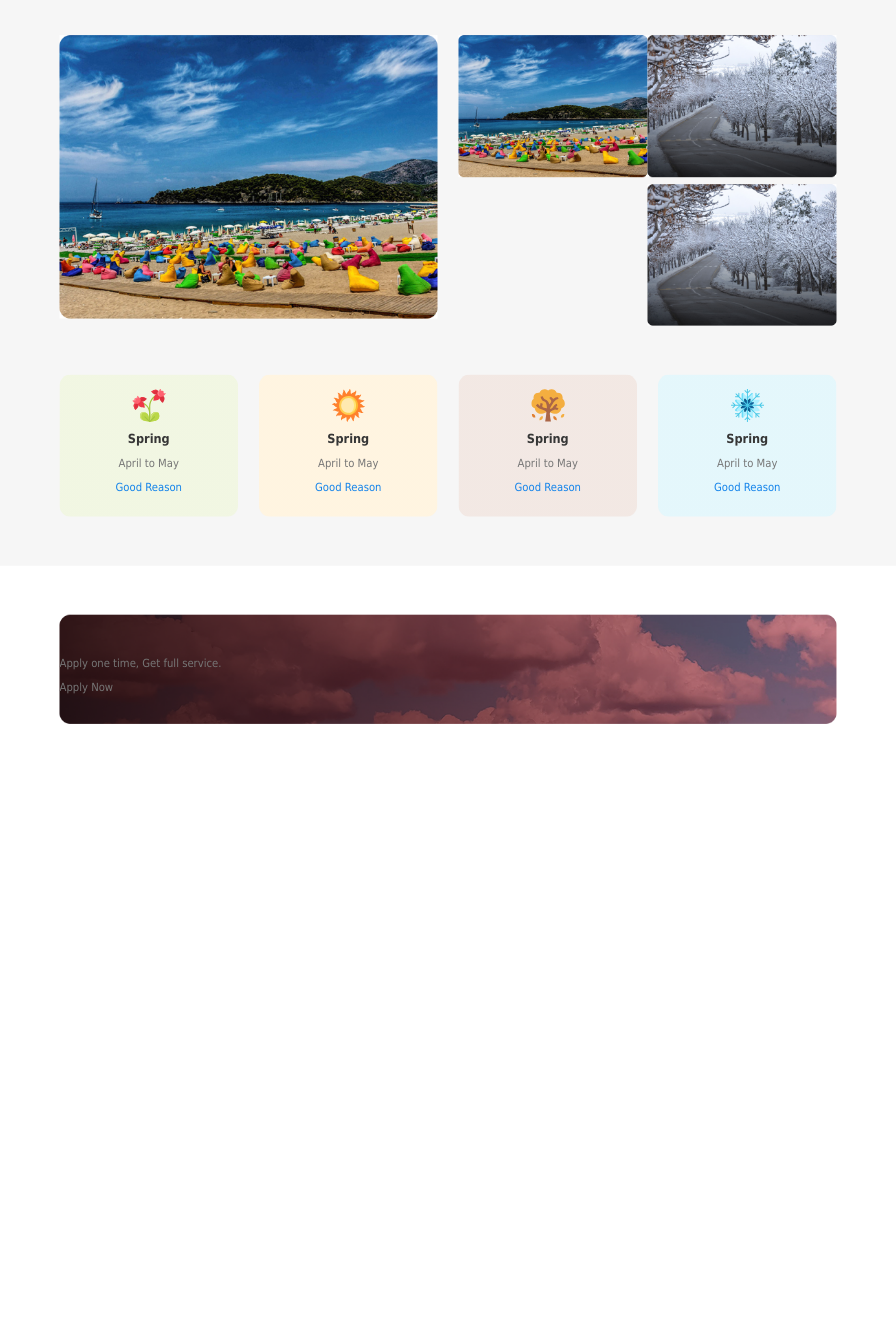
Repository: cvminhquan/turkey
Page: index.html
An editor plug-in stored every save of this project. The page is shown before and after the next save, followed by the edit.
The browser window is 1280 px wide. The pictures show the part of the page from y = 3003 to 4923 px (the page is 30000 px tall), at 70% of full size.
The style sheet was rebuilt from its Sass, Less or Tailwind sources for each picture, by a compiler version that may differ from the author's.

Above is the page before, as saved 2022-09-15 22:48:30.

After the next save:
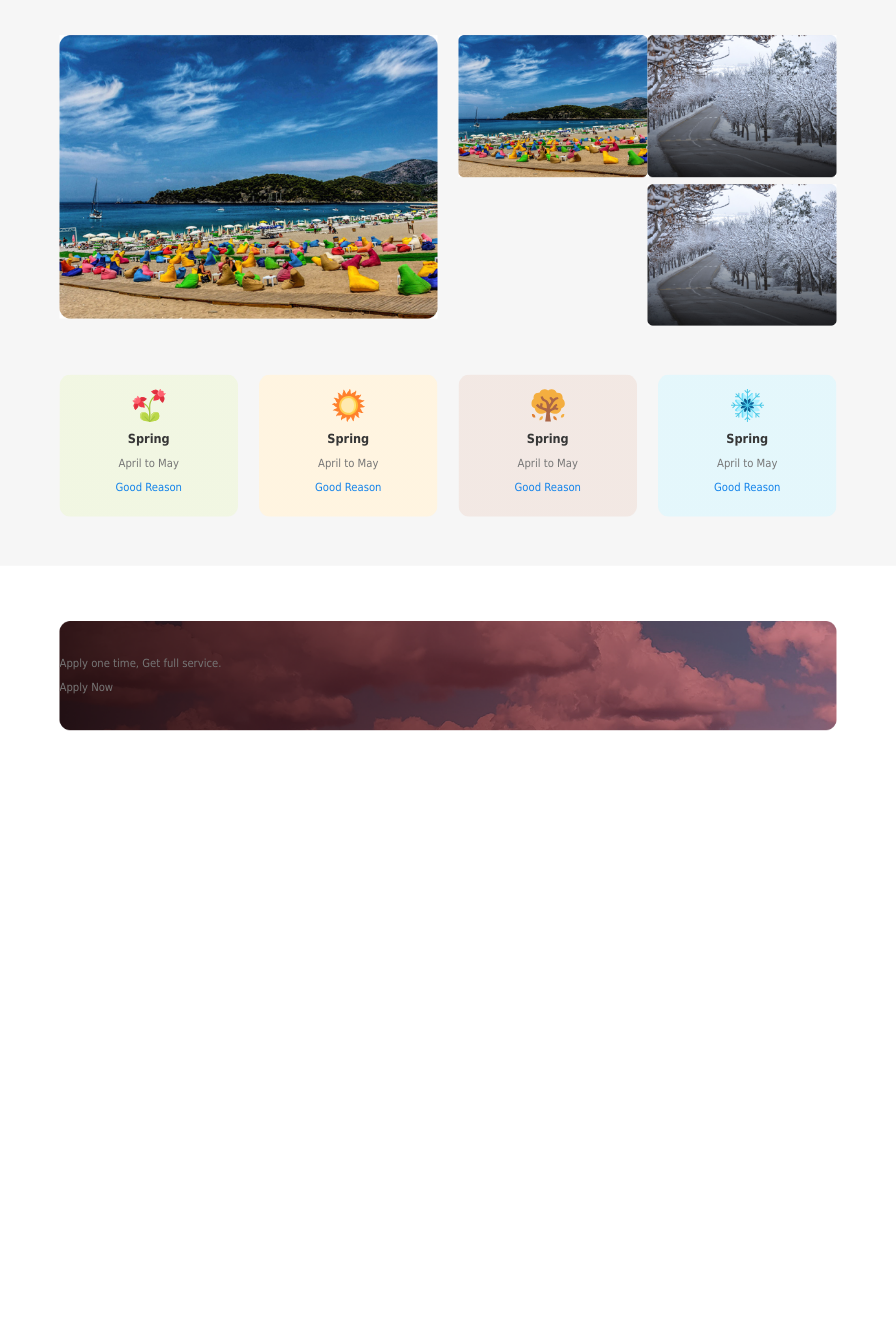
Saved 8 s later.
--- a/scss/main.scss
+++ b/scss/main.scss
@@ -216,7 +216,7 @@ header {}
 .ad-infor {
     margin-top: 70px;
     padding: 58px 0;
-    background: url(../images/img-ad.png) no-repeat;
+    background: url(../images/img-ad.png) no-repeat 100% center;
     background-size: 100%;
     object-fit: cover;
 }
